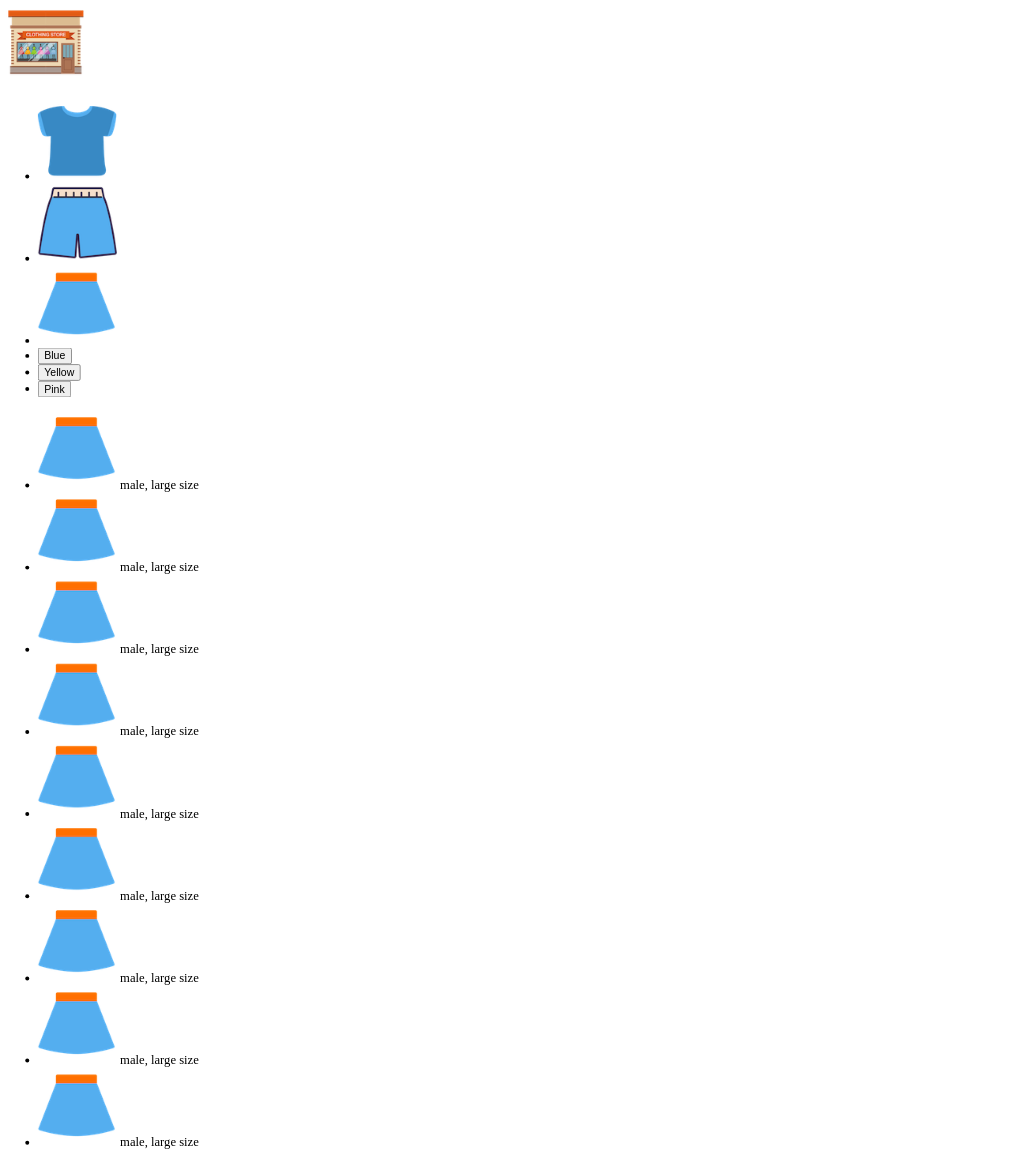
Repository: keehoonjung/Shoppingmall-Game
Page: index.html
These files come from the project's save history. The page is drawn as it stood at one moment and after the next save; the edit follows.
The browser window is 1280 px wide. The pictures show the whole page, at 79% of full size.

Above is the page before, as saved 2021-08-12 13:21:28.

### index.html
<!DOCTYPE html>
<html lang="en">
<head>
    <meta charset="UTF-8">
    <meta http-equiv="X-UA-Compatible" content="IE=edge">
    <meta name="viewport" content="width=device-width, initial-scale=1.0">
    <title>Shoppingamll Game</title>
    <link rel="stylesheet" href="style.css">
    <script src="main.js" defer></script>
</head>
<body>
    <header>
        <img src="./imgs/logo.png" alt="header" class="header__logo">
    </header>
    <ul class="filter">
        <li>
            <img src="./imgs/blue_t.png" alt="shirt" class="shirt">
        </li>
        <li>
            <img src="./imgs/blue_p.png" alt="pants" class="pants">
        </li>
        <li>
            <img src="./imgs/blue_s.png" alt="" class="skirts">
        </li>
        <li>
            <button class="blue">
                Blue
            </button>
        </li>
        <li>
            <button class="yellow">
                Yellow
            </button>
        </li>
        <li>
            <button class="pink">
                Pink
            </button>
        </li>
    </ul>
    <ul class="items">
        <li class="item">
            <img src="./imgs/blue_s.png" alt="blueshirt">
            <span>male, large size</span>
        </li>
        <li class="item">
            <img src="./imgs/blue_s.png" alt="blueshirt">
            <span>male, large size</span>
        </li>
        <li class="item">
            <img src="./imgs/blue_s.png" alt="blueshirt">
            <span>male, large size</span>
        </li>
        <li class="item">
            <img src="./imgs/blue_s.png" alt="blueshirt">
            <span>male, large size</span>
        </li>
        <li class="item">
            <img src="./imgs/blue_s.png" alt="blueshirt">
            <span>male, large size</span>
        </li>
        <li class="item">
            <img src="./imgs/blue_s.png" alt="blueshirt">
            <span>male, large size</span>
        </li>
        <li class="item">
            <img src="./imgs/blue_s.png" alt="blueshirt">
            <span>male, large size</span>
        </li>
        <li class="item">
            <img src="./imgs/blue_s.png" alt="blueshirt">
            <span>male, large size</span>
        </li>
        <li class="item">
            <img src="./imgs/blue_s.png" alt="blueshirt">
            <span>male, large size</span>
        </li>
    </ul>
</body>
</html>

Loaded but not shown: main.js (no copy from this time; the picture is the same without it); style.css (no copy from this time; the picture is the same without it)

After the next save:
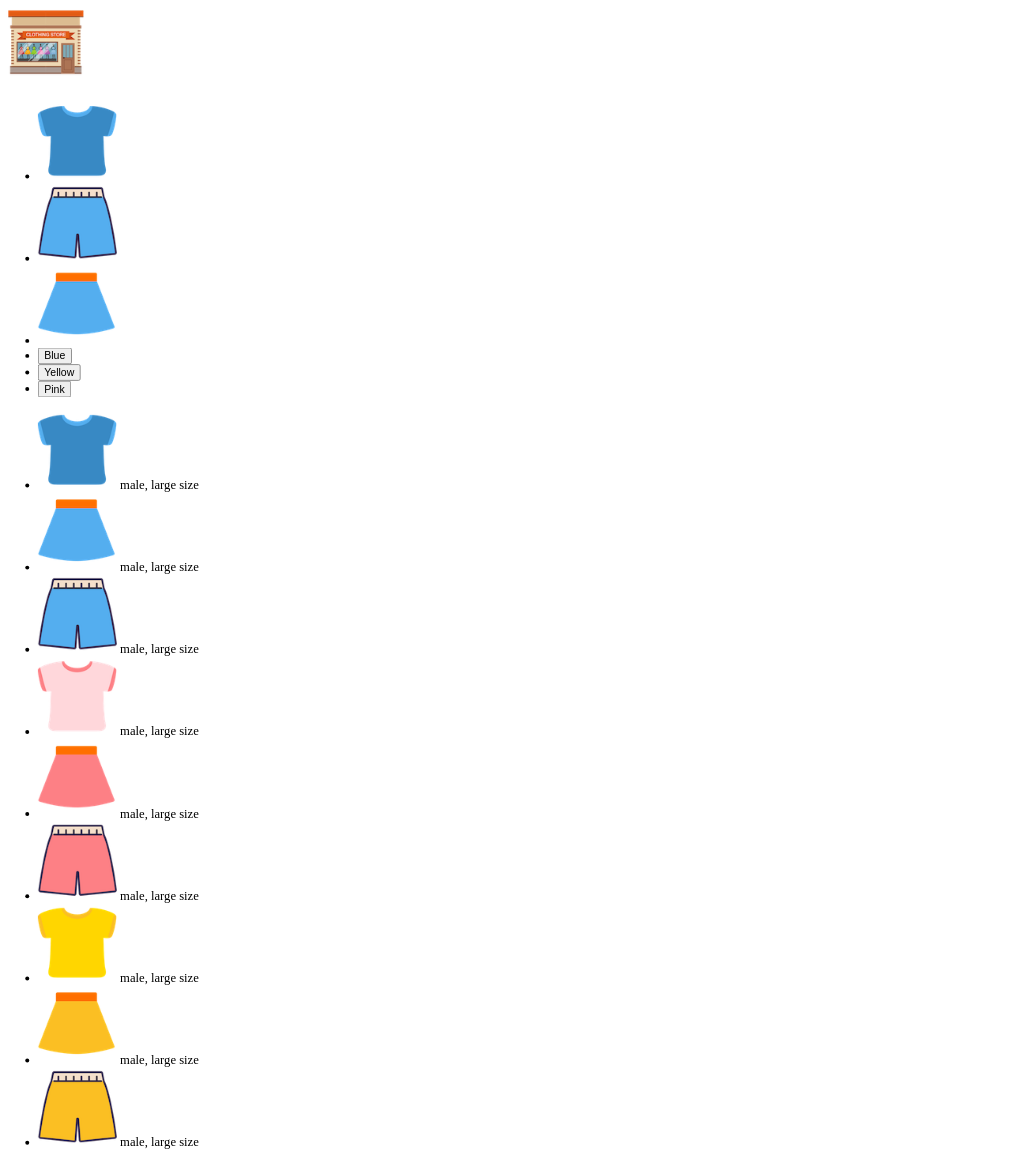
Saved 80 s later.
--- a/index.html
+++ b/index.html
@@ -40,7 +40,7 @@
     </ul>
     <ul class="items">
         <li class="item">
-            <img src="./imgs/blue_s.png" alt="blueshirt">
+            <img src="./imgs/blue_t.png" alt="blueshirt">
             <span>male, large size</span>
         </li>
         <li class="item">
@@ -48,31 +48,31 @@
             <span>male, large size</span>
         </li>
         <li class="item">
-            <img src="./imgs/blue_s.png" alt="blueshirt">
+            <img src="./imgs/blue_p.png" alt="blueshirt">
             <span>male, large size</span>
         </li>
         <li class="item">
-            <img src="./imgs/blue_s.png" alt="blueshirt">
+            <img src="./imgs/pink_t.png" alt="blueshirt">
             <span>male, large size</span>
         </li>
         <li class="item">
-            <img src="./imgs/blue_s.png" alt="blueshirt">
+            <img src="./imgs/pink_s.png" alt="blueshirt">
             <span>male, large size</span>
         </li>
         <li class="item">
-            <img src="./imgs/blue_s.png" alt="blueshirt">
+            <img src="./imgs/pink_p.png" alt="blueshirt">
             <span>male, large size</span>
         </li>
         <li class="item">
-            <img src="./imgs/blue_s.png" alt="blueshirt">
+            <img src="./imgs/yellow_t.png" alt="blueshirt">
             <span>male, large size</span>
         </li>
         <li class="item">
-            <img src="./imgs/blue_s.png" alt="blueshirt">
+            <img src="./imgs/yellow_s.png" alt="blueshirt">
             <span>male, large size</span>
         </li>
         <li class="item">
-            <img src="./imgs/blue_s.png" alt="blueshirt">
+            <img src="./imgs/yellow_p.png" alt="blueshirt">
             <span>male, large size</span>
         </li>
     </ul>
